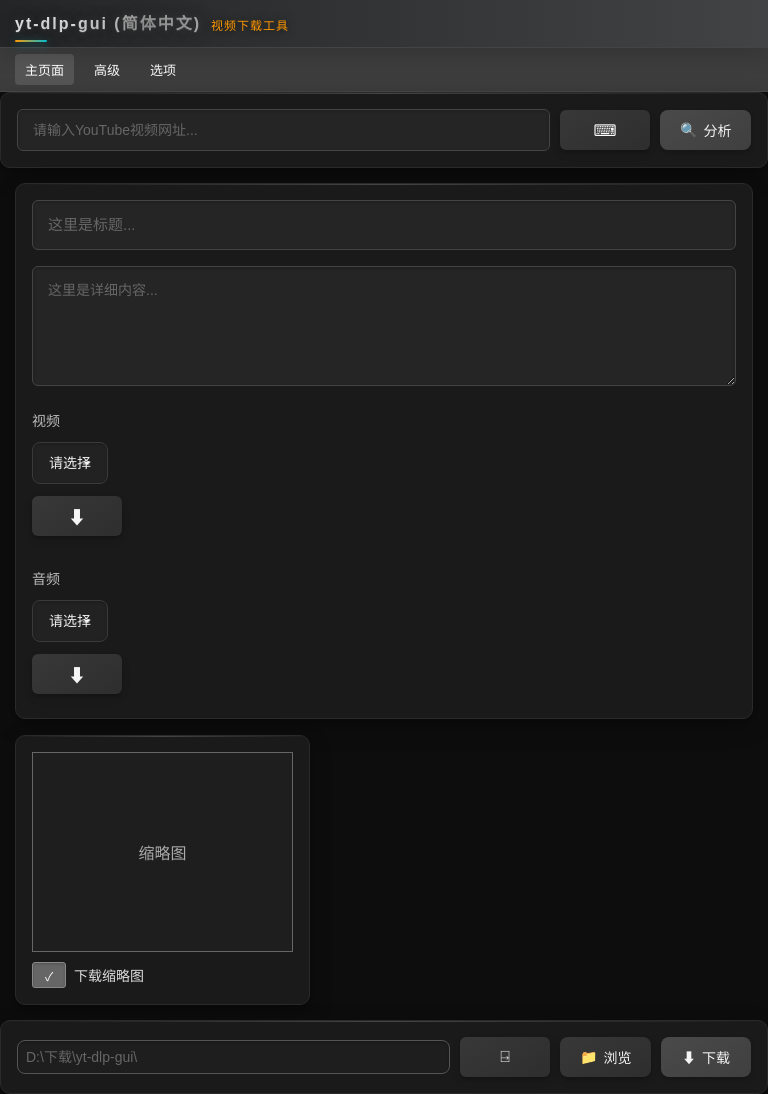
Repository: zArvin6808/yt-TubeSaver
Page: index.html
These files come from the project's save history. The page is drawn as it stood at one moment and after the next save; the edit follows.
The browser window is 768 px wide. The pictures show the whole page.

Above is the page before, as saved 2025-06-07 18:39:25.

After the next save:
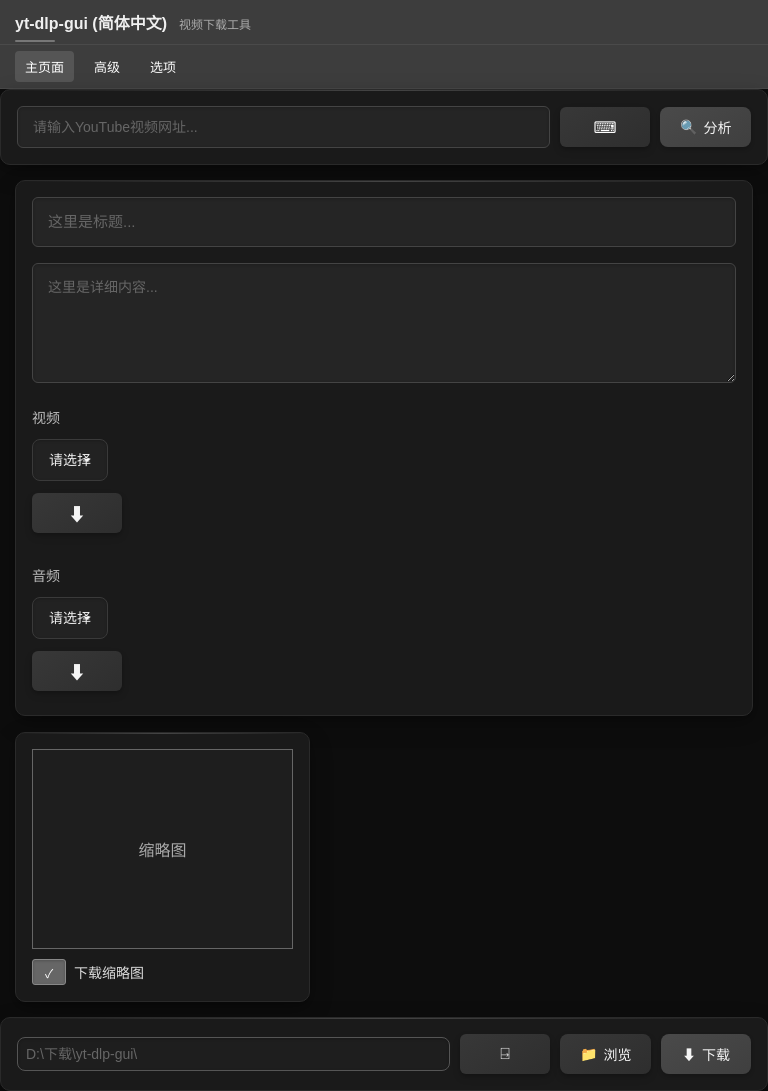
Saved 11 s later.
--- a/style.css
+++ b/style.css
@@ -15,29 +15,19 @@
 
     /* 标题栏 */
     .title-bar {
-      background: linear-gradient(90deg, #232526 0%, #414345 100%);
-      display: flex;
-      align-items: center;
-      padding: 20px 32px 16px 32px;
-      gap: 18px;
-      border-bottom: 1.5px solid #444;
-      box-shadow: 0 4px 24px rgba(0,0,0,0.18);
-      position: relative;
-      z-index: 2;
+      background-color: #3d3d3d;
+      display: flex;
+      align-items: center;
+      padding: 12px 20px;
+      gap: 12px;
+      border-bottom: 1px solid #4a4a4a;
     }
 
     .title-bar h1 {
-      font-size: 2.2rem;
-      font-weight: 800;
+      font-size: 18px;
       margin: 0;
-      letter-spacing: 2px;
-      background: linear-gradient(90deg, #fff 30%, #b0b0b0 70%);
-      -webkit-background-clip: text;
-      -webkit-text-fill-color: transparent;
-      background-clip: text;
-      text-shadow: 0 2px 16px #222, 0 1px 0 #fff2, 0 0 8px #8884;
-      position: relative;
-      padding-bottom: 6px;
+      font-weight: 600;
+      position: relative;
     }
 
     .title-bar h1::after {
@@ -45,40 +35,16 @@
       position: absolute;
       bottom: -8px;
       left: 0;
-      width: 60px;
-      height: 3px;
-      background: linear-gradient(90deg, #ff9800 0%, #00bcd4 100%);
-      border-radius: 2px;
-      box-shadow: 0 2px 8px #00bcd488;
+      width: 40px;
+      height: 2px;
+      background-color: #777;
+      border-radius: 1px;
     }
 
     .title-bar span {
-      font-size: 1.1rem;
-      color: #ff9800;
-      font-weight: 500;
-      letter-spacing: 1px;
-      margin-top: 4px;
-      text-shadow: 0 1px 8px #000a;
-    }
-
-    @media (max-width: 768px) {
-      .title-bar {
-        padding: 12px 10px 10px 10px;
-        gap: 10px;
-      }
-      .title-bar h1 {
-        font-size: 1.2rem;
-        padding-bottom: 3px;
-      }
-      .title-bar h1::after {
-        width: 32px;
-        height: 2px;
-        bottom: -5px;
-      }
-      .title-bar span {
-        font-size: 0.95rem;
-        margin-top: 2px;
-      }
+      font-size: 13px;
+      color: #aaa;
+      margin-top: 2px;
     }
 
     /* 导航栏 */
